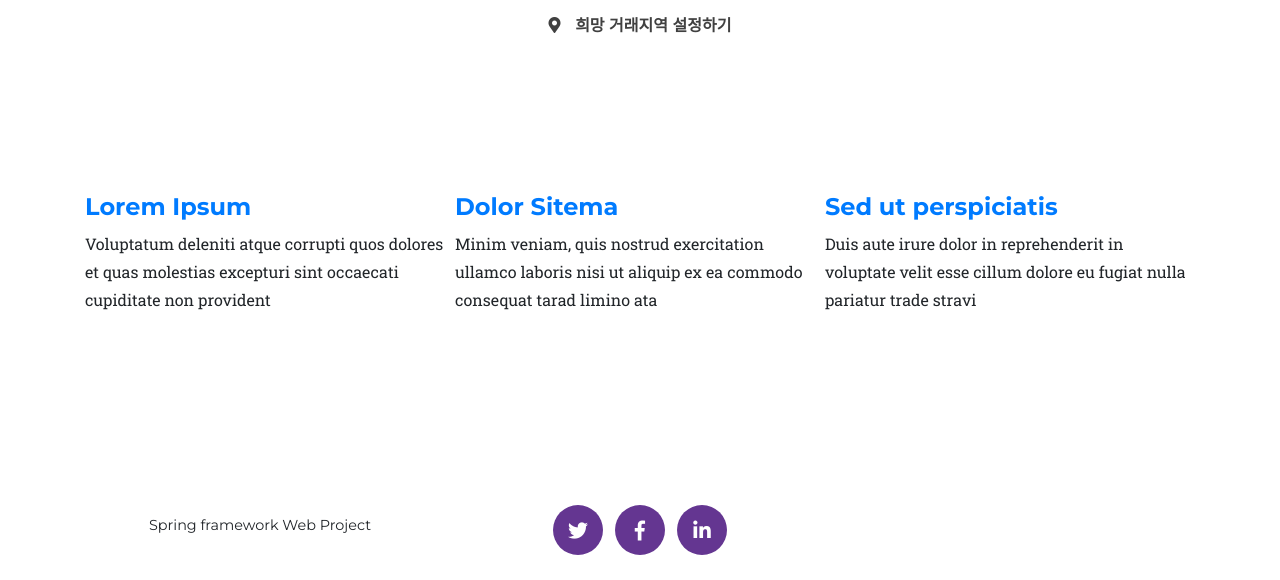
Repository: mim-mim-ji/Cleanmarket_web
Page: http://localhost/CleanMarket/WEB-INF/views/home.jsp
These files come from the project's save history. The page is drawn as it stood at one moment and after the next save; the edit follows.
The browser window is 1280 px wide. The pictures show the part of the page from y = 358 to 944 px (the page is 938 px tall before and 944 px after).
Some web fonts or font styles are not loaded; a fallback is used. The page is served by Tomcat 9. Nobody is signed in. Other server files are loaded and not shown. The template is opened directly, without the code that normally fills it, so the values that code supplies are empty.

Above is the page before, as saved 2021-03-18 04:58:17.

### CleanMarket/src/main/webapp/WEB-INF/views/home.jsp
<%@ page language="java" contentType="text/html; charset=UTF-8"
    pageEncoding="UTF-8"%>

<jsp:include page="include/header.jsp" />
<jsp:include page="include/main.jsp" />
<jsp:include page="include/footer.jsp" />

### CleanMarket/src/main/webapp/WEB-INF/views/include/header.jsp
<%@ page language="java" contentType="text/html; charset=UTF-8"
	pageEncoding="UTF-8"%>
<%@ taglib prefix="c" uri="http://java.sun.com/jsp/jstl/core"%>
<!DOCTYPE html>
<html lang="ko">
<head>

<meta charset="UTF-8">
<meta content="width=device-width, initial-scale=1.0" name="viewport">
<meta content="" name="description">
<meta content="" name="keywords">

<title>CleanMarket</title>


<!-- Bootstrap core CSS -->
  <link rel="stylesheet" href="<c:url value='/vendor/bootstrap/css/bootstrap.min.css'/>">

  <!-- Custom fonts for this template -->
  <link rel="stylesheet" type="text/css" href="<c:url value='/vendor/fontawesome-free/css/all.min.css'/>" >
  <link href="https://fonts.googleapis.com/css?family=Montserrat:400,700" rel="stylesheet" type="text/css">
  <link href='https://fonts.googleapis.com/css?family=Kaushan+Script' rel='stylesheet' type='text/css'>
  <link href='https://fonts.googleapis.com/css?family=Droid+Serif:400,700,400italic,700italic' rel='stylesheet' type='text/css'>
  <link href='https://fonts.googleapis.com/css?family=Roboto+Slab:400,100,300,700' rel='stylesheet' type='text/css'>

  <!-- Custom styles for this template -->
  <link rel="stylesheet" href="<c:url value='/css/agency.min.css'/>" >

  <!-- Bootstrap core JavaScript -->
  <script src="<c:url value='/vendor/jquery/jquery.min.js'/>"></script>
  <script src="<c:url value='/vendor/bootstrap/js/bootstrap.bundle.min.js'/>"></script>


  <!-- Plugin JavaScript -->
  <script src="<c:url value='/vendor/jquery-easing/jquery.easing.min.js'/>"></script>
  <script type="text/javascript" src="https://cdn.jsdelivr.net/jquery.validation/1.16.0/jquery.validate.min.js"></script>

  <!-- Contact form JavaScript -->
  <script src="<c:url value='/js/jqBootstrapValidation.js'/>"></script>

</head>

<body id="page-top">


	<!-- Navigation -->
  <nav class="navbar navbar-expand-lg navbar-light fixed-top" id="mainNav">
    <div class="container">
      <a class="navbar-brand" href="/cleanmarket">
      	Clean Market
      </a>
      <button class="navbar-toggler navbar-toggler-right" type="button" data-toggle="collapse" data-target="#navbarResponsive">
        메뉴
        <i class="fas fa-bars"></i>
      </button>

      <div class="collapse navbar-collapse" id="navbarResponsive">
        <ul class="navbar-nav text-uppercase ml-auto">
          <li class="nav-item">
            <a class="nav-link js-scroll-trigger" href="/cleanmarket">HOME</a>
          </li>

          <li class="nav-item dropdown">
            <a class="nav-link js-scroll-trigger dropdown-toggle" data-toggle="dropdown">카테고리</a>
            <div class="dropdown-menu music-menu">

              <div class="dropdown dropright">
		        <a class="dropdown-item dropdown-toggle music-tap" data-toggle="dropdown">여성의류</a>
		      </div>

		      <div class="dropdown dropright">
		        <a class="dropdown-item dropdown-toggle music-tap" data-toggle="dropdown">남성의류</a>

		      </div>

		      <div class="dropdown dropright">
		        <a class="dropdown-item dropdown-toggle music-tap" data-toggle="dropdown">신발</a>
		      </div>

		      <div class="dropdown dropright">
		        <a class="dropdown-item dropdown-toggle music-tap" data-toggle="dropdown">모자/인형/가방</a>
		      </div>
		    </div>
          </li>
          <c:if test="${login == null}" >
          	<li class="nav-item">
            	<a class="nav-link js-scroll-trigger" href="<c:url value='/login' />">LOGIN</a>
         	</li>
         </c:if>
          <c:if test="${login == null}" >
          	<li class="nav-item">
            	<a class="nav-link js-scroll-trigger" href="<c:url value='/join_type_select' />">JOIN</a>
          	</li>
          </c:if>
          <c:if test="${login != null}" >
	          <li class="nav-item">
	            <a class="nav-link js-scroll-trigger" href="#">MYPAGE</a>
	          </li>
	          <li class="nav-item">
	            <a class="nav-link js-scroll-trigger" href="/cleanmarket/logout" onclick="return confirm('로그아웃 하시겠습니까?')">LOGOUT</a>
	          </li>
	          <li class="nav-item">
	            <a class="nav-link js-scroll-trigger" href="#">NOTICE</a>
	          </li>
	          <li class="nav-item">
          </c:if>
          <li class="nav-item">
            <a class="nav-link js-scroll-trigger" href="#"><i class="fas fa-search"></i></a>
          </li>

        </ul>
      </div>
    </div>
  </nav><br><br>

### CleanMarket/src/main/webapp/WEB-INF/views/include/main.jsp
<%@ page language="java" contentType="text/html; charset=UTF-8"
	pageEncoding="UTF-8"%>
<%@ taglib prefix="c" uri="http://java.sun.com/jsp/jstl/core"%>

<div>
	<div align="right" style="background-color: orange; margin-top: 20px; height: 30px; opacity: 0.8;">
		<div class="container">
			<a href="#" style="border-radius: 0px; color: #404040; margin-top: 20px;"><i class="fas fa-pen">&nbsp; 판매하기</i></a>&nbsp;
			<a href="#" style="border-radius: 0px; color: #404040; margin-top: 20px;"><i class="fas fa-map-marker-alt">&nbsp;희망거래지역</i> </a>
		</div>

	</div>
</div>

<div class="owl-item" style="width: 100%">
	<div class='item holder section '
		style='background-image: url(https://cdn.imweb.me/thumbnail/20210224/9bca30e69d209.jpg); background-color: #dddddd; background-repeat: no-repeat; background-size: cover; background-position: 50% 50%;'>
		<div class='op _op' style='position: relative; z-index: 11;'>
			<div class='header-content _visual_height m_ratio'>
				<div class='text _text_wrap'>
					<div class='text-wrap _text fr-view'>
						<h1 style="text-align: center;">
							<br>
						</h1>
						<h1 style="text-align: center;">
							<span style="font-size: 30px; color: white;">크린마켓에서는&nbsp;</span><span
								style="font-size: 30px; color: white;">비대면 중고거래 가능</span>
						</h1>
						<p style="text-align: center;">
							<br>
						</p>
						<h6 style="text-align: center;">
							<span style="font-size: 20px;color: white;">희망 거래 지역 설정하고 중고거래 하자!</span>
						</h6>
						<p>
							<br>
						</p>
						<p>
							<br>
						</p>

					</div>
				</div>
			</div>
		</div>
	</div>
</div>

<div class="container" align="center" style="border-style: inherit;">
	<h6>
		<a style="border-radius: 30px; color: #404040;">
			<span style="margin-right: 10px;">
				<i aria-hidden="true" class="fas fa-map-marker-alt"></i>
			</span>희망 거래지역 설정하기
		</a>
	</h6>
</div>



<main id="main"> <!-- ======= Featured Services Section ======= -->
<section id="featured-services" class="featured-services section-bg">
	<div class="container">

		<div class="row no-gutters">
			<div class="col-lg-4 col-md-6">
				<div class="icon-box">
					<div class="icon">
						<i class="icofont-computer"></i>
					</div>
					<h4 class="title">
						<a href="">Lorem Ipsum</a>
					</h4>
					<p class="description">Voluptatum deleniti atque corrupti quos
						dolores et quas molestias excepturi sint occaecati cupiditate non
						provident</p>
				</div>
			</div>
			<div class="col-lg-4 col-md-6">
				<div class="icon-box">
					<div class="icon">
						<i class="icofont-image"></i>
					</div>
					<h4 class="title">
						<a href="">Dolor Sitema</a>
					</h4>
					<p class="description">Minim veniam, quis nostrud exercitation
						ullamco laboris nisi ut aliquip ex ea commodo consequat tarad
						limino ata</p>
				</div>
			</div>
			<div class="col-lg-4 col-md-6">
				<div class="icon-box">
					<div class="icon">
						<i class="icofont-tasks-alt"></i>
					</div>
					<h4 class="title">
						<a href="">Sed ut perspiciatis</a>
					</h4>
					<p class="description">Duis aute irure dolor in reprehenderit
						in voluptate velit esse cillum dolore eu fugiat nulla pariatur
						trade stravi</p>
				</div>
			</div>
		</div>

	</div>
</section>
<!-- End Featured Services Section --> </main>
<!-- End #main -->

### CleanMarket/src/main/webapp/WEB-INF/views/include/footer.jsp
<%@ page language="java" contentType="text/html; charset=UTF-8"
	pageEncoding="UTF-8"%>
<!-- Footer -->
  <footer>
    <div class="container">
      <div class="row">
        <div class="col-md-4">
          <span class="copyright">Spring framework Web Project</span>
        </div>
        <div class="col-md-4">
          <ul class="list-inline social-buttons">
            <li class="list-inline-item">
              <a href="#" style="background-color: #643691;">
                <i class="fab fa-twitter"></i>
              </a>
            </li>
            <li class="list-inline-item">
              <a href="#" style="background-color: #643691;">
                <i class="fab fa-facebook-f"></i>
              </a>
            </li>
            <li class="list-inline-item">
              <a href="#" style="background-color: #643691;">
                <i class="fab fa-linkedin-in"></i>
              </a>
            </li>
          </ul>
        </div>
      </div>
    </div>
  </footer>

<a href="#" class="back-to-top"><i class="icofont-simple-up"></i></a>

</body>
</html>

Loaded but not shown: CleanMarket/src/main/webapp/resources/css/agency.min.css (library)

After the next save:
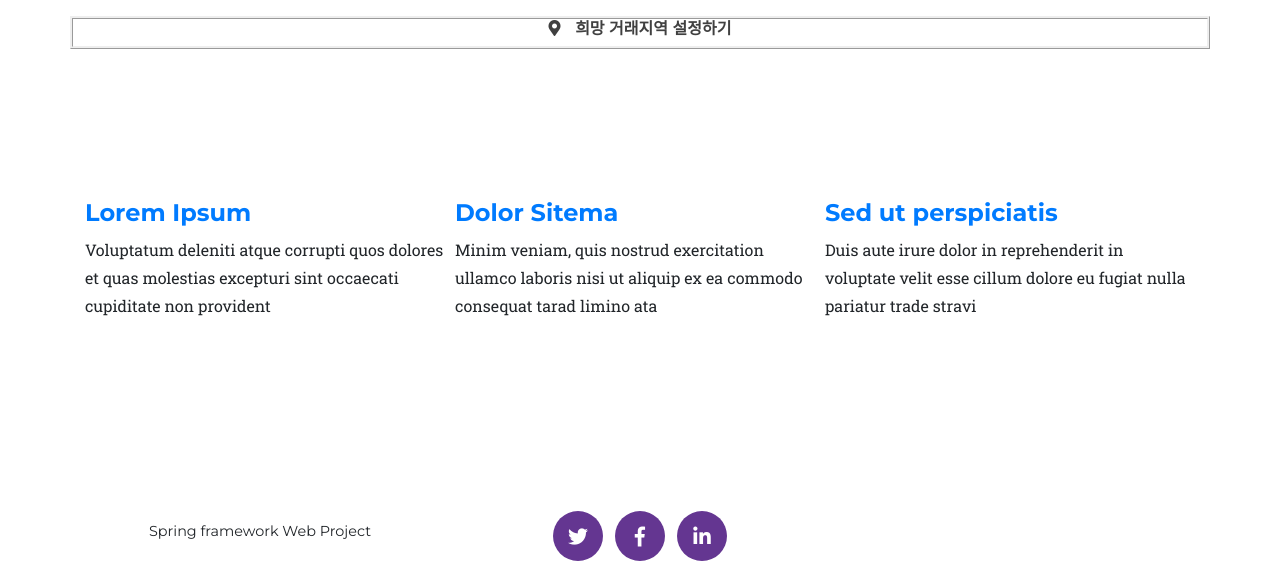
Saved 30 s later.
--- a/CleanMarket/src/main/webapp/WEB-INF/views/include/main.jsp
+++ b/CleanMarket/src/main/webapp/WEB-INF/views/include/main.jsp
@@ -46,7 +46,7 @@
 	</div>
 </div>
 
-<div class="container" align="center" style="border-style: inherit;">
+<div class="container" align="center" style="border-style: ridge;">
 	<h6>
 		<a style="border-radius: 30px; color: #404040;">
 			<span style="margin-right: 10px;">
